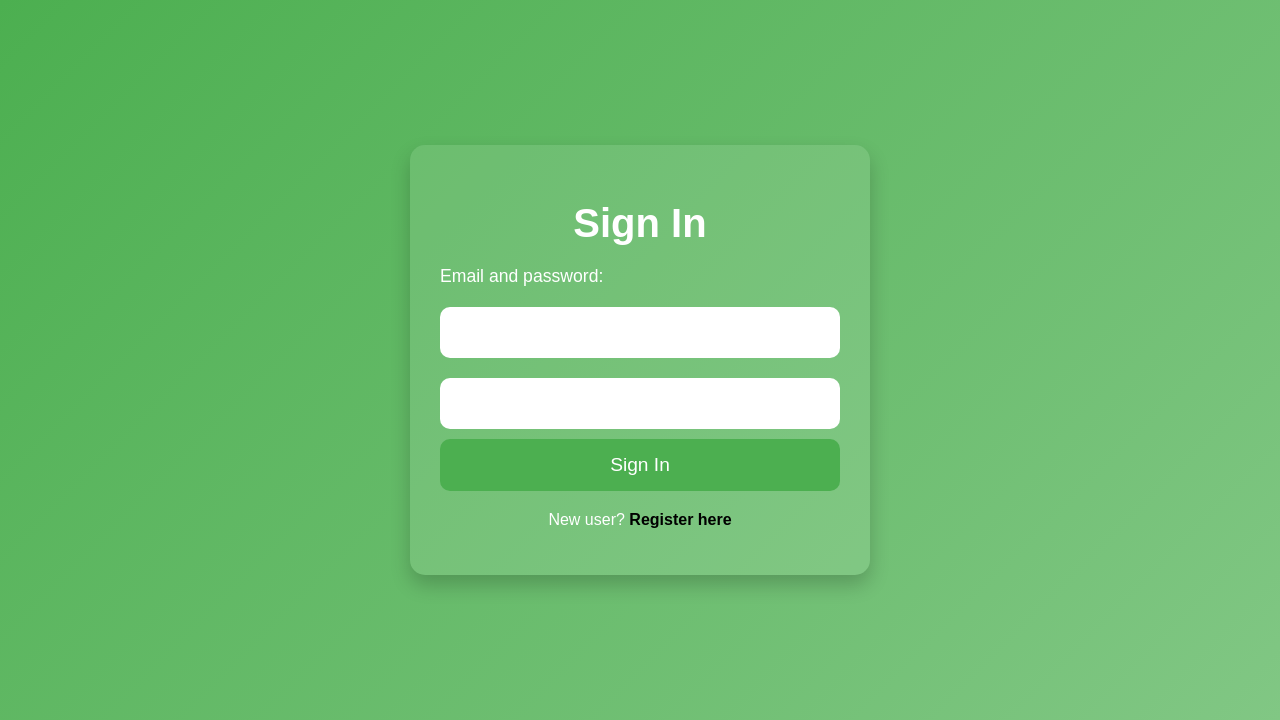
Repository: harutoNaiz/urban-mobility-system
Page: http://localhost/sign_in
An editor plug-in stored every save of this project. The page is shown before and after the next save, followed by the edit.
The browser window is 1280 px wide. The pictures show the whole page.
The page is served by the project's application, run on Flask 3 (app.py).

Above is the page before, as saved 2024-11-13 09:24:23.

After the next save:
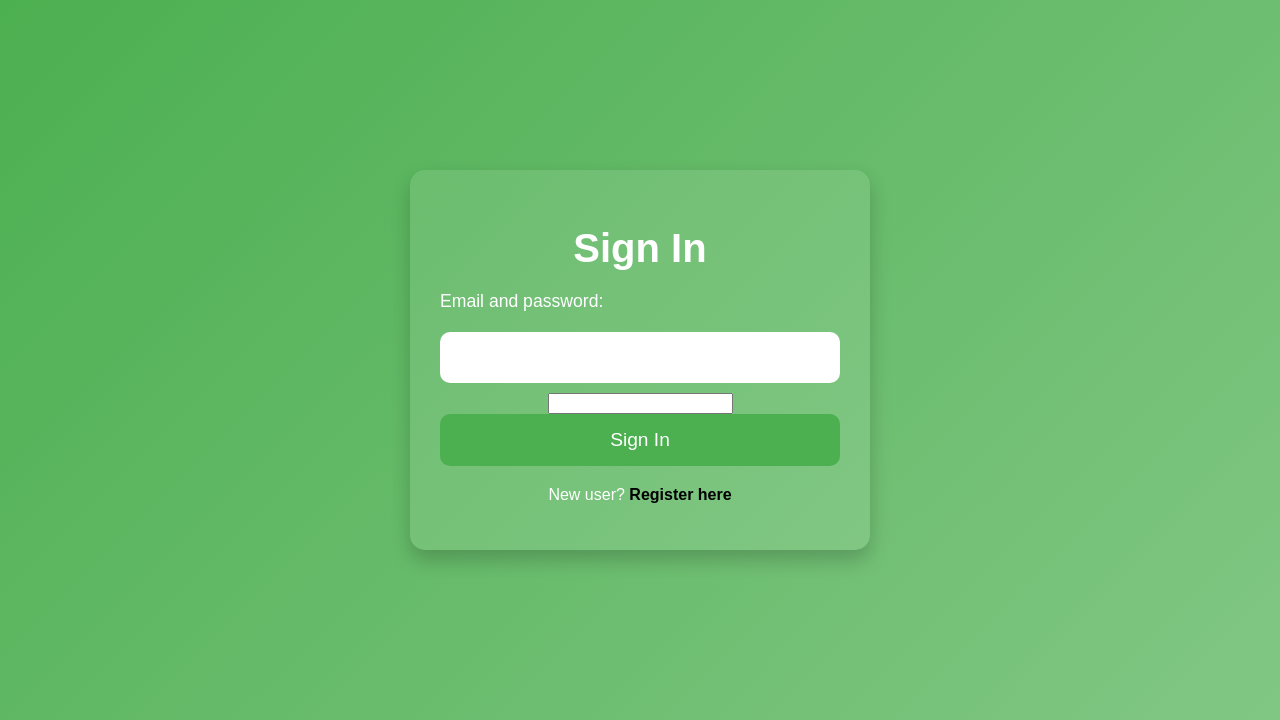
Saved 4 s later.
--- a/templates/sign_in.html
+++ b/templates/sign_in.html
@@ -91,7 +91,7 @@
         <form method="POST">
             <label for="email">Email and password:</label>
             <input type="email" id="email" name="email" required>
-            <input type="email" id="email" name="email" required>
+            <input type="password" id="email" name="email" required>
             <button type="submit">Sign In</button>
         </form>
         <p>New user? <a href="{{ url_for('register_user') }}">Register here</a></p>
